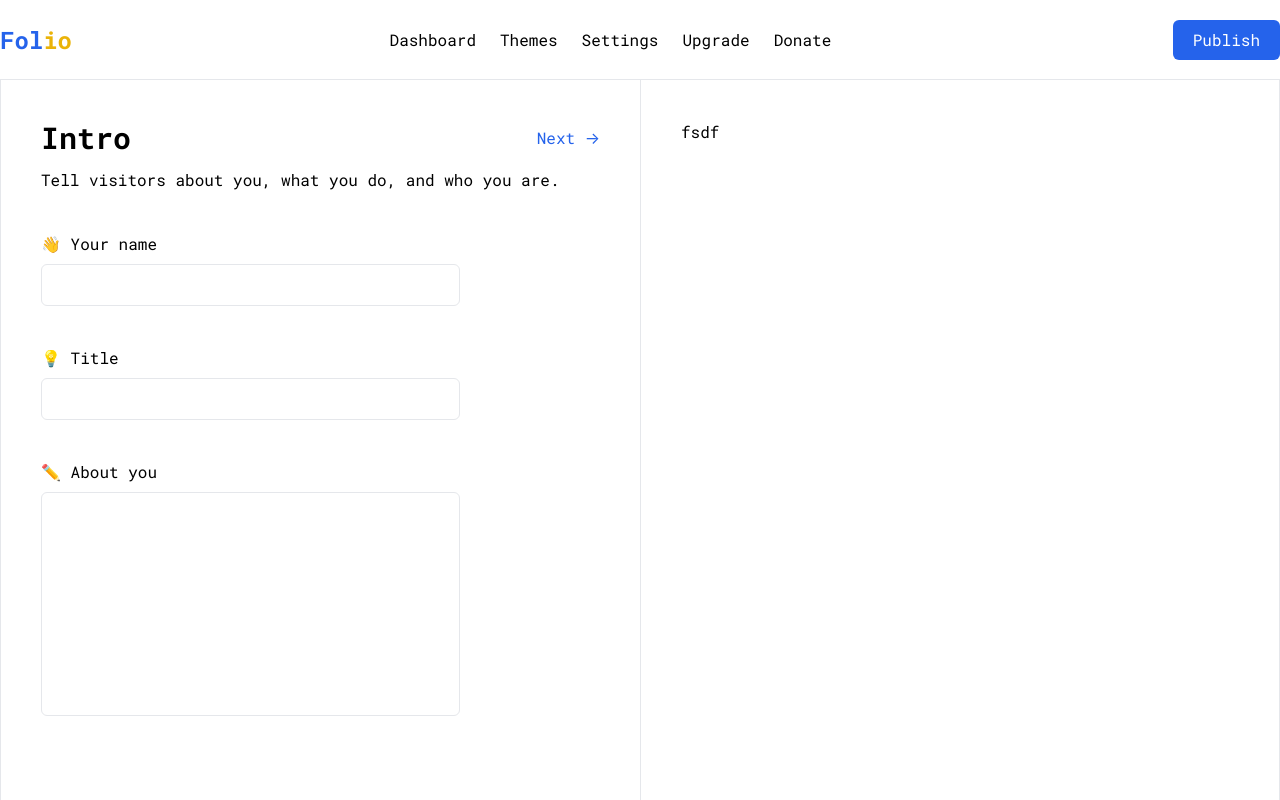
Repository: langford-dev/follio
Page: /
The author's editor kept a copy of each file at every save. The page is drawn from the files as they stood at one save, then again after a run of saves.
The browser window is 1280 px wide. The pictures show the whole page.
The project was rebuilt for these pictures with package versions that can differ from the ones it lists, and the page was loaded fresh each time. The framework's server and built-in components were replaced by stand-ins that run in the browser. Also part of the build but not shown: next.config.js, components/views/skillsView.js, components/views/socialsView.js.

Above is the page before, as saved 2022-03-19 12:13:57.

### pages/_app.js
import { AppProvider } from '../context/context'
import '../styles/globals.css'

function MyApp({ Component, pageProps }) {
  return <AppProvider>
    <Component {...pageProps} />
  </AppProvider>
}

export default MyApp

### pages/index.js
import EditView from '../components/body'
import Header from '../components/header'

export default function Home() {
  return <div>
    <Header />
    <EditView />
  </div>
}

### context/context.js
import { useState } from "react"
import { createContext, useEffect } from "react"

export const AppContext = createContext()

export const AppProvider = ({ children }) => {
    const [viewCount, setViewCount] = useState(0)
    const maxViewCount = 2

    const next = () => {
        setViewCount(viewCount + 1)
        console.log('next', viewCount)
    }

    const previous = () => {
        setViewCount(viewCount - 1)
        console.log('previous', viewCount)
    }

    return <AppContext.Provider value={{
        viewCount,
        next,
        previous,
        maxViewCount
    }}>
        {children}
    </AppContext.Provider>
}

### styles/globals.css
/* @import url('https://fonts.googleapis.com/css2?family=Poppins:wght@300;400;500;600;700;800&display=swap'); */
@import url('https://fonts.googleapis.com/css2?family=Roboto+Mono:wght@100;200;300;400;500;600;700&display=swap');

@tailwind base;
@tailwind components;
@tailwind utilities;


html,
body {
  /* background: #e2e8f013; */
  padding: 0;
  margin: 0;
}

a {
  color: inherit;
  text-decoration: none;
}

* {
  box-sizing: border-box;
  font-family: "Roboto Mono", -apple-system, BlinkMacSystemFont, Segoe UI, Roboto, Oxygen,
    Ubuntu, Cantarell, Fira Sans, Droid Sans, Helvetica Neue, sans-serif;
}

### components/body.js
import { useContext } from "react"
import { AppContext } from "../context/context"
import { styles } from "../styles/styles"
import IntroView from "./views/introView"
import SkillsView from "./views/skillsView"
import SocialsView from "./views/socialsView"

const EditView = () => {
    const { viewCount } = useContext(AppContext)

    const dynamicViews = () => {
        switch (viewCount) {
            case 0:
                return <IntroView />
                break;

            case 1:
                return <SkillsView />
                break;

            case 2:
                return <SocialsView />
                break;

            default:
                break;
        }
    }

    return <div className={styles.pageView}>
        <div className={styles.flexView}>
            {dynamicViews()}
            <div className={styles.preview}>fsdf</div>
        </div>
    </div>
}

export default EditView

### components/header.js
import Link from "next/link"
import Logo from "./logo"

const styles = {
    header: `border-b h-20 bg-white fixed w-screen top-0 left-0`,
    headerWrapper: `m-auto max-w-screen-xl h-full flex items-center justify-between`,
    button: `select-none bg bg-blue-600 text-white h-10 px-5 flex items-center justify-center rounded-md cursor-pointer`,
    nav: `flex`,
    navLink: `mr-6 hover:text-blue-600 cursor-pointer`,
}

const Header = () => {
    return <header className={styles.header}>
        <div className={styles.headerWrapper}>
            <Logo />
            <nav className={styles.nav}>
                <Link passHref={true} href="/"><p className={styles.navLink}>Dashboard</p></Link>
                <Link passHref={true} href="/"><p className={styles.navLink}>Themes</p></Link>
                <Link passHref={true} href="/"><p className={styles.navLink}>Settings</p></Link>
                <Link passHref={true} href="/"><p className={styles.navLink}>Upgrade</p></Link>
                <Link passHref={true} href="/"><p className={styles.navLink}>Donate</p></Link>
            </nav>
            <div className="flex items-center">
                <div className={styles.button}>Publish</div>
            </div>
        </div>
    </header>
}

export default Header

### styles/styles.js
export const styles = {
    pageView: `m-auto max-w-screen-xl h-screen pt-20`,
    flexView: `flex h-screen`,
    editingView: `w-1/2 p-10 border-l`,
    preview: `border-l w-1/2 p-10 border-r`,
    inputContainer: `flex flex-col mt-10`,
    input: `border p-2 outline-none mt-2 w-9/12 rounded-md`,
    textArea: `border p-2 outline-none mt-2 w-9/12 rounded-md resize-none h-56`,
    label: ``,
}

### components/views/introView.js
import ViewTitle from "../viewTitle"

const styles = {
    pageView: `m-auto max-w-screen-xl h-screen pt-20`,
    flexView: `flex h-screen`,
    editingView: `w-1/2 p-10 border-l`,
    preview: `border-l w-1/2 p-10 border-r`,
    inputContainer: `flex flex-col mt-10`,
    input: `border p-2 outline-none mt-2 w-9/12 rounded-md`,
    textArea: `border p-2 outline-none mt-2 w-9/12 rounded-md resize-none h-56`,
    label: ``,
}

const IntroView = () => {
    return <div className={styles.editingView}>
        <ViewTitle title="Intro" subtitle="Tell visitors about you, what you do, and who you are." />

        <div className={styles.inputContainer}>
            <label className={styles.label}>👋 Your name</label>
            <input type="text" className={styles.input} />
        </div>
        <div className={styles.inputContainer}>
            <label className={styles.label}>💡 Title</label>
            <input type="text" className={styles.input} />
        </div>
        <div className={styles.inputContainer}>
            <label className={styles.label}>✏️ About you</label>
            <textarea type="text" className={styles.textArea} />
        </div>
    </div>
}

export default IntroView

### components/logo.js
const Logo = () => {
    return <p className="font-bold text-2xl text-blue-600">Fol<span className="text-yellow-500">io</span></p>
}

export default Logo

### components/viewTitle.js
import { useContext } from "react"
import { AppContext } from "../context/context"

const styles = {
    title: `text-3xl font-bold`,
    textButton: `text-blue-600 cursor-pointer select-none`,
    pageTitleView: `flex items-center justify-between`,
}

const ViewTitle = ({ title, subtitle }) => {
    const { previous, next, viewCount, maxViewCount } = useContext(AppContext)

    return <div>
        <div className={styles.pageTitleView}>
            <p className={styles.title}>{title}</p>
            <div className="flex">
                {
                    viewCount > 0 ? <p className={styles.textButton} onClick={() => previous()}>&larr; Previous</p> : <div></div>
                }

                {
                    viewCount < maxViewCount ? <div className="flex">
                        <div className="mx-7" />
                        <p className={styles.textButton} onClick={() => next()}>Next &rarr;</p>
                    </div> : <div></div>
                }
            </div>
        </div>
        <p className="mt-3 mb-5">{subtitle}</p>
    </div>
}

export default ViewTitle

### components/preview.js
const Preview = () => {
    return <p>dhgysfdufvd</p>
}

export default Preview

Loaded but not shown: tailwind.config.js (common file)

After the next 2 saves:
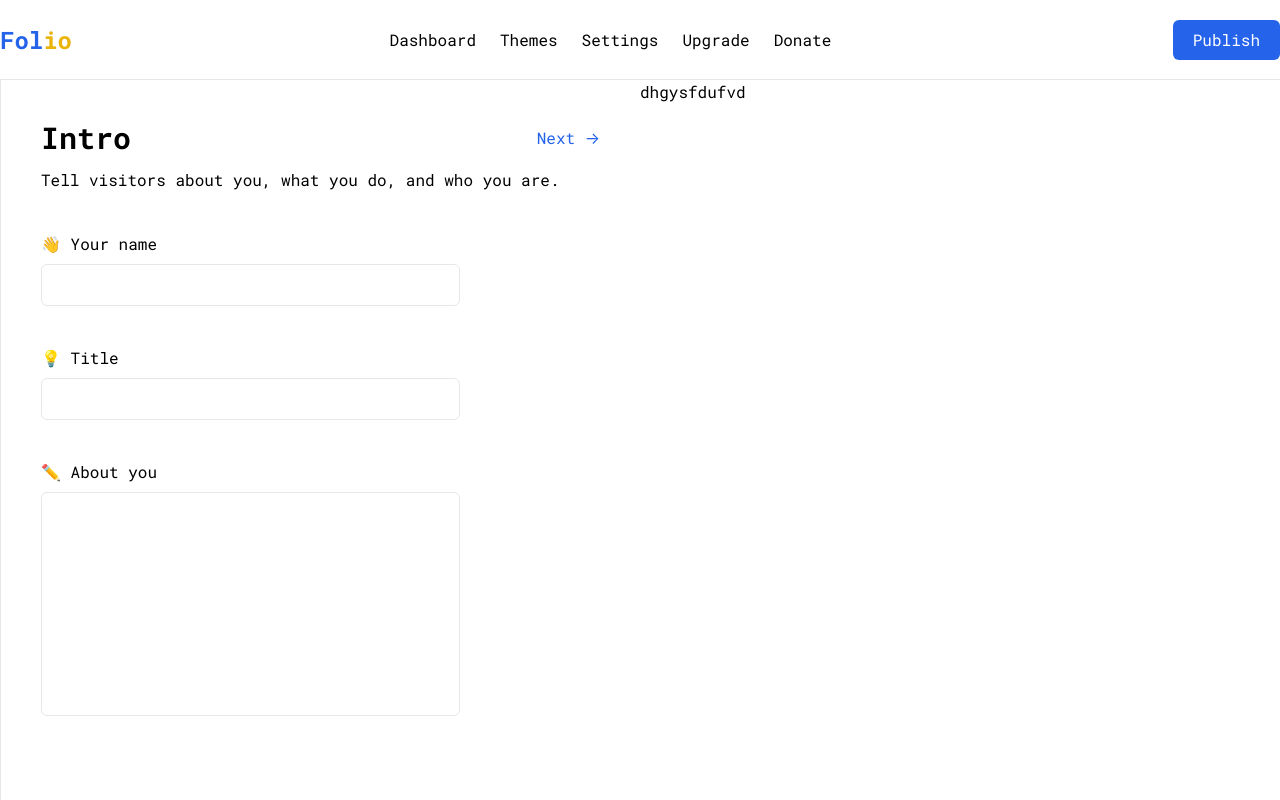
The 2 saves are shown as one change because 1 did not build or start.
The last was saved 21 s later.
--- a/components/body.js
+++ b/components/body.js
@@ -1,6 +1,7 @@
 import { useContext } from "react"
 import { AppContext } from "../context/context"
 import { styles } from "../styles/styles"
+import Preview from "./preview"
 import IntroView from "./views/introView"
 import SkillsView from "./views/skillsView"
 import SocialsView from "./views/socialsView"
@@ -30,7 +31,7 @@ const EditView = () => {
     return <div className={styles.pageView}>
         <div className={styles.flexView}>
             {dynamicViews()}
-            <div className={styles.preview}>fsdf</div>
+            <Preview />
         </div>
     </div>
 }
